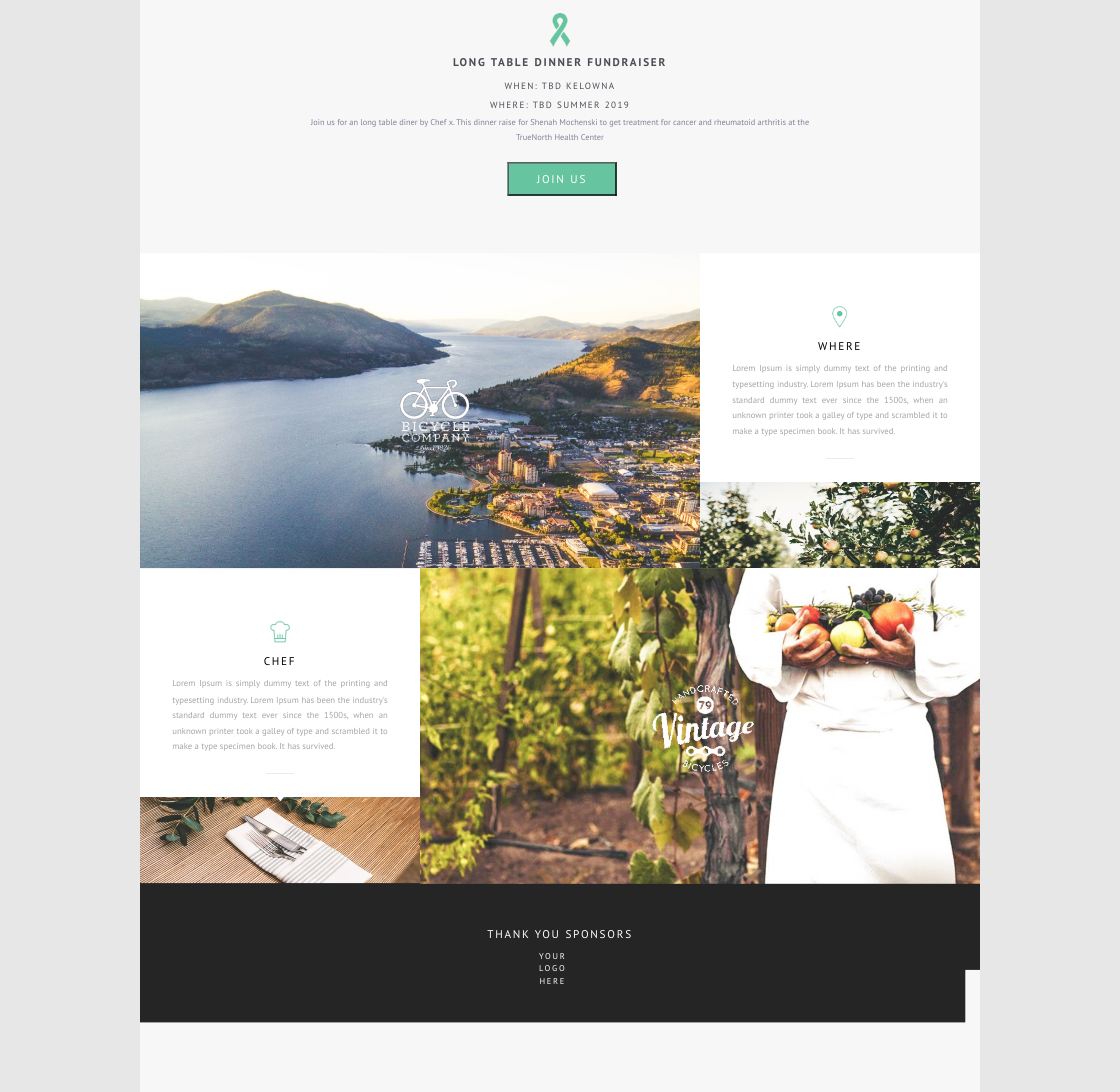
Repository: vancodes/longtable
Page: index.html
The author's editor kept a copy of each file at every save. The page is drawn from the files as they stood at one save, then again after the next save.
The browser window is 1280 px wide. The page is 1600 px wide, so the pictures cover 1600 px, including what lies to the right of the window. The pictures show the part of the page from y = 812 to 2372 px (the page is 2372 px tall before and 2295 px after), at 70% of full size.

Above is the page before, as saved 2019-04-08 16:33:04.

### index.html
<!DOCTYPE html>
<html>

<head>
  <meta charset="utf-8">
  <link href="index.css" type="text/css" rel="stylesheet">
  <title>Long table</title>
</head>

<body>
  <div class="wrapper">
    <!--Intro Section-->
    <div class="topbar">
      <h1>
      <ul>
        <li><a href="#">About Us</a></li>
    	   <p>.</p>
        <li><a href="#">Info</a></li>
        <li><a href="#"><img src="assets\logo.png" alt="logo"></a></li>
        <li><a href="https://www.gofundme.com/breast-lung-and-melanoma-cancer">Donate</a></li>
    	   <p>.</p>
        <li><a href="#">Contact</a></li>
      </ul>
    </h1>
    </div>
    <div class="hero">
      <img src="assets/cover.jpg" alt="">
    </div>
    <!--Navigation Section-->
    <div class="main" align="center">
      <div class="first">
        <img src="assets\breast-cancer-icon.png" alt="bike chain">
        <h2>Long table dinner fundraiser</h2>
        <h4>When: TBD Kelowna</h4>
        <h4>Where: TBD Summer 2019</h4>
        <p>Join us for an long table diner by Chef x. This dinner raise for Shenah Mochenski to get treatment for cancer and rheumatoid arthritis at the TrueNorth Health Center</p>
        <div class="email-container">
            <button>Join us</button>
          </div>
      </div>
      <!--Image Section-->
      <div class="bike-images">
        <div class="first-container">
          <div class="first-left">
            <div id="bike-logo">
              <img src="assets/bike.png" alt="bike logo">
            </div>
            <div id="logo">
              <img src="assets/bicycle-company-logo.png" alt="company logo">
            </div>
            <div id="vintage-left">
              <img src="assets\bike-1.jpg" alt="bike handle">
            </div>
          </div>
          <div class="first-right">
            <div class="location">
              <img src="assets\location-icon.png" alt="frame icon">
            </div>
            <div id="vintage-text">
              <h3>WHERE</h3>
              <p>Lorem Ipsum is simply dummy text of the printing and typesetting industry. Lorem Ipsum has been the industry's standard dummy text ever since the 1500s, when an unknown printer took a galley of type and scrambled it to make a type specimen
                book. It has survived.</p>
            </div>
            <div class="divider-line"></div>
            <div id="first-vintage-seat">
              <img img src="assets\seat.jpg" alt="bike seat">
            </div>
            <div class="arrow-down"></div>
          </div>
        </div>
        <div class="second-container">
          <div class="second-left">
            <div class="chef">
              <img src="assets\chef-icon.png" alt="chef icon">
            </div>
            <div id="vintage-text">
              <h3>CHEF</h3>
              <p>Lorem Ipsum is simply dummy text of the printing and typesetting industry. Lorem Ipsum has been the industry's standard dummy text ever since the 1500s, when an unknown printer took a galley of type and scrambled it to make a type specimen
                book. It has survived.</p>
            </div>
            <div class="divider-line"></div>
            <div id="second-chef">
              <img src="assets\chef-2.jpg" alt="vintage bike seat">
            </div>
            <div class="arrow-down"></div>
          </div>
          <div class="second-right">
            <div id="vintage-logo">
              <img src="assets\vintage-logo.png" alt="vintage bike logo">
            </div>
            <div id="chef">
              <img src="assets\chef.jpg" alt="chef">
            </div>
          </div>
        </div>
      </div>
        <!--<div class="retro-container">
          <div class="retro-left">
            <div id="retro-logo">
              <img src="assets/bicycle-logo.png" alt="Since 1962 logo">
            </div>
            <div id="retro-bike">
              <img src="assets\bike-rail.jpg" alt="bike rail">
            </div>
          </div>
          <div class="retro-middle">
            <div class="steering">
              <img src="assets\steering-icon.png" alt="steering icon">
            </div>
            <div id="vintage-text">
              <h3>Retro Bike - M. Hulot</h3>
              <p>Lorem Ipsum is simply dummy text of the printing and typesetting industry. Lorem Ipsum has been the industry's standard dummy text ever since the 1500s, when an unknown printer took a galley of type and scrambled it to make a type specimen
                book. It has survived.</p>
            </div>
            <div class="divider-line"></div>
            <div class="arrow-down"></div>
            <div id="retro-rail">
              <img src="assets\mavic.jpg" alt="vintage bike seat">
            </div>
          </div>
          <div class="retro-right">
            <div id="retro-bike-right">
              <img src="assets\bike-2.jpg" alt="retro bike">
            </div>
          </div>
        </div>
      </div>-->
      <!--Social Section-->
      <!--<div class="main" align="center">
        <div class="last">
          <img src="assets\twitter-icon.png" alt="Twitter icon"><br>
          <span>AOD New York @aod</span>
          <span class="twitter-time"> / 35 min</span >
            <p>Lorem ipsum dolor sit amet, consectetur adipiscing elit. Sed ut tellus ac nulla semper rhoncus. Nullam a odio porttitor, dictum turpis vitae, pretium ante amet.</p>
          </div>
      </div>-->
<!--slider-->
    <!--<div class="slider">
      <span class="dotfirst"></span>
          <span class="dot"></span>
          <span class="dot"></span>
        </div>-->
        <!--Photo Collage-->
        <!--
        <div class="bottom-container">
          <div class="bottom-left">
            <div id="image-one">
              <img src="assets\bottom-image-1.jpg" alt="">
            </div>
            <div id="image-one">
              <img src="assets\bottom-image-2.jpg" alt="">
            </div>
            <div id="brooks-seat">
              <img src="assets\brooks-seat.png" alt="">
            </div>
          </div>
          <div class="bottom-middle">
            <div id="image-three">
              <img src="assets\bottom-image-3.jpg" alt="">
            </div>
            <div id="image-three">
              <img src="assets\bottom-image-4.jpg" alt="">
            </div>
          </div>
          <div class="bottom-right">
            <div id="bottom-bike-logo">
              <img src="assets/bike.png" alt="bike logo">
            </div>
            <div class="bottom-text">
              <p>shop now</p>
            </div>
            <div id="image-five">
              <img src="assets\bottom-image-5.jpg" alt="">
            </div>
            <div id="image-five">
              <img src="assets\bottom-image-6.jpg" alt="">
            </div>
          </div>
        </div> -->
        <div class="discover-container">
          <div class="discover-text">
            <button>Thank You Sponsors</button>
            <div class="sponsor-logo">
                <p>YOUR</p>
                <p>LOGO</p>
                <p>HERE</p>
            </div>
          </div>
       </div>
        <div class="footer-container">

        </div>
      <!--end-->
    </div>
</body>
</html>

### index.css
/* http://meyerweb.com/eric/tools/css/reset/
   v2.0 | 20110126
   License: none (public domain)
*/

html, body, div, span, applet, object, iframe, h1, h2, h3, h4, h5, h6, p, blockquote, pre, a, abbr, acronym, address, big, cite, code, del, dfn, em, img, ins, kbd, q, s, samp, small, strike, strong, sub, sup, tt, var, b, u, i, center, dl, dt, dd, ol, ul, li, fieldset, form, label, legend, table, caption, tbody, tfoot, thead, tr, th, td, article, aside, canvas, details, embed, figure, figcaption, footer, header, hgroup, menu, nav, output, ruby, section, summary, time, mark, audio, video {
  margin: 0;
  padding: 0;
  border: 0;
  font-size: 100%;
  font: inherit;
  vertical-align: baseline;
}

/* HTML5 display-role reset for older browsers */

article, aside, details, figcaption, figure, footer, header, hgroup, menu, nav, section {
  display: block;
}

body {
  line-height: 1;
}

ol, ul {
  list-style: none;
}

blockquote, q {
  quotes: none;
}

blockquote:before, blockquote:after, q:before, q:after {
  content: '';
  content: none;
}

table {
  border-collapse: collapse;
  border-spacing: 0;
}

/*  fonts */

@font-face {
  font-family: PtSansWebBold;
  src: url(font/pt_sans-web-bold.ttf);
}

@font-face {
  font-family: PtSansWebBoldItalic;
  src: url(font/pt_sans-web-bolditalic.ttf);
}

@font-face {
  font-family: PtSansWebItalic;
  src: url(font/pt_sans-web-italic.ttf);
}

@font-face {
  font-family: PtSansWebRegular;
  src: url(font/pt_sans-web-regular.ttf);
}

body {
  font-family: PtSansWebRegular;
}

h1 {
  font-family: PtSansWebBold;
  font-size: 12px;
  text-transform: uppercase;
  letter-spacing: 2px;
}

h2 {
  font-family: PtSansWebBold;
  letter-spacing: 2.5px;
  text-transform: uppercase;
  text-align: center;
  line-height: 2.5em;
}

h3 {
  font-family: PtSansWebBold;
  letter-spacing: 2.5px;
  text-transform: uppercase;
  text-align: center;
  font-size: 12px;
  line-height: 2.5em;
}

h3 {
  font-family: PtSansWebRegular;
  letter-spacing: 2.5px;
  text-transform: uppercase;
  text-align: center;
  line-height: 2.5em;
  font-size: 16px;
}

h4 {
  font-family: PtSansWebRegular;
  font-size: 13px;
  text-transform: uppercase;
  letter-spacing: 2px;
  line-height: 2.1em;
}


p {
  font-family: PtSansWebRegular;
  font-size: 12px;
  color: #838199;
  text-align: center;
  line-height: 1.8em;
}

.bike-images p {
  font-family: PtSansWebRegular;
  font-size: 12.5px;
  color: #a5a5a5;
  text-align: justify;
  line-height: 1.8em;
}

.last span {
  font-family: PtSansWebBold;
  display: inline;
  font-size: 12px;
  text-align: center;
  line-height: 2.8em;
  letter-spacing: 1.5px;
}

.last .twitter-time {
  font-family: PtSansWebRegular;
  font-size: 12px;
  text-align: center;
  letter-spacing: 1.5px;
  color: #b2b1bd;
  padding-left: 6px;
}

.last p {
  font-family: PtSansWebItalic;
  font-size: 14px;
  color: #838199;
  text-align: center;
  line-height: 1.8em;
  padding: 0 55px;
}

.bottom-text p {
  font-family: PtSansWebRegular;
  letter-spacing: 2.5px;
  text-transform: uppercase;
  text-align: center;
  line-height: 2.5em;
  font-size: 12px;
  color: #fff;
}

.saddle-text p {
  font-family: PtSansWebItalic;
  font-size: 16px;
  text-align: center;
  letter-spacing: 0.5px;
  color: #838199;
  padding-left: 6px;
  margin-bottom: 20px;
}

/*  wrapper */

.wrapper {
  padding: 0 200px;
  width: 1200px;
  margin: 0 auto;
  background-color: #e8e7e7;
}

/* intro section */

.hero img {
  width: 100%;
}

.topbar {
  position: absolute;
  padding: 0px 317px;
  margin-top: 23px;
}

.topbar ul {
  width: 590px;
  margin: 0 auto;
}

.topbar li {
  display: inline-block;
  padding: 0 20px;
  float: left;
  position: relative;
  top: 52px;
  transform: translateY(-50%);
}

.topbar li a {
  text-decoration: none;
  color: #4D4B56;
}

.topbar li a img {
  width: 75px;
}

.hero img {
  vertical-align: bottom;
  width: 100%;
  padding-top: 150px;
  background-color: #F7F7F7
}

.topbar li a:hover {
  text-decoration: none;
  color: #ff000069;
}

.topbar p {
  padding: 0 20px;
  float: left;
  position: relative;
  top: 52px;
  transform: translateY(-50%);
  font-family: PtSansWebBold;
}

/* navigation section */

.main {
  background-color: #F7F7F7
}

.first {
  color: #4D4B56;
  padding: 80px 150px 80px 150px;
  max-width: 736px;
}

.first img {
  padding: 0px 46px;
}

/* bike images */

img {
  padding: 0;
  margin: 0;
}

.bike-images {
  background-color: #FFFF;
  position: relative;
}

.first-container {
  vertical-align: bottom;
  display: table;
}

.first-left {
  width: 800px;
  display: table-cell;
  vertical-align: bottom;
}

.first-right {
  display: table-cell;
  vertical-align: bottom;
  width: 400px;
}

#first-vintage-seat img {
  width: 400px;
  height: 123px;
  float: left;
}

#bike-logo img {
  width: 100px;
  position: absolute;
  margin-top: 179px;
  transform: translatex(-29%);
}

#logo img {
  width: 100px;
  position: absolute;
  margin-top: 240px;
  transform: translateX(-26%);
}

#vintage-left img {
  float: left;
  margin: auto;
  width: 800px;
}

.location img {
  width: 30px;
  margin-bottom: 5px;
}

#vintage-text {
  height: 162px;
  margin-bottom: 18px;
  overflow: hidden;
}

#vintage-text p {
  padding: 0px 46px;
}

.divider-line {
  height: 1px;
  background-color: #e2e2e2;
  margin: 0px 180px 33px;
}

.arrow-down {
  width: 0px;
  height: 0px;
  border-left: 5px solid transparent;
  border-right: 5px solid transparent;
  border-top: 6px solid #FFFF;
  position: absolute;
  transform: translateX(1955%);
}

.second-container {
  vertical-align: bottom;
  display: table;
}

#second-chef img {
  width: 400px;
  height: 123px;
  float: left;
  margin-bottom: -1.6px;
}

.second-left {
  width: 333px;
  display: table-cell;
  vertical-align: bottom;
}

.chef img {
  width: 30px;
  margin-bottom: 5px;
}

#chef img {
  float: right;
  width: 800px;
  vertical-align: bottom;
  margin-bottom: -2px;
}

.second-right {
  display: table-cell;
  vertical-align: bottom;
  width: 656px;
}

#vintage-logo img {
  width: 145px;
  position: absolute;
  margin-top: 167px;
  transform: translateX(-47%);
}

.retro-container {
  vertical-align: bottom;
  display: table;
}

.retro-left {
  display: table-cell;
  vertical-align: bottom;
  width: 333px;
}

.retro-middle {
  width: 400px;
  display: table-cell;
  vertical-align: bottom;
}

.retro-right {
  display: table-cell;
  vertical-align: bottom;
  width: 400px;
}

#retro-logo img {
  width: 160px;
  position: absolute;
  margin-top: 197px;
  transform: translateX(-50%);
}

#retro-bike img {
  float: right;
  width: 400px;
  vertical-align: bottom;
}

#retro-bike-right img {
  float: right;
  width: 400px;
  vertical-align: bottom;
}

.steering img {
  height: 30px;
  margin-bottom: 5px;
}

#retro-rail img {
  width: 400px;
  height: 123px;
  vertical-align: bottom;
}

.bottom-container {
  vertical-align: bottom;
  display: table;
  margin-top: 14px;
}

.bottom-left {
  display: table-cell;
  vertical-align: bottom;
  width: 400px;
}

.bottom-middle {
  display: table-cell;
  vertical-align: bottom;
  width: 400px;
}

.bottom-right {
  display: table-cell;
  vertical-align: bottom;
  width: 400px;
}

#image-one img {
  float: left;
  width: 200px;
  vertical-align: bottom;
  max-height: 199px;
}

#brooks-seat img {
  float: left;
  width: 400px;
  vertical-align: bottom;
}

#image-three img {
  float: left;
  width: 200px;
  vertical-align: bottom;
}

#image-five img {
  float: left;
  width: 400px;
  vertical-align: bottom;
  margin-top: -1px;
}

#bottom-bike-logo img {
  width: 50px;
  position: absolute;
  margin-top: 79px;
  transform: translatex(-57%);
}

.bottom-text {
  position: absolute;
  padding: 0px -4px;
  margin-top: 108px;
  width: 400px;
}

/* twitter-last section */

.last {
  padding: 80px 150px 50px 150px;
  max-width: 736px;
}

.last img {
  width: 25px;
  padding-bottom: 15px;
}

.noBorder {
  border: 0;
}

/* slider */

.dotfirst {
  width: 0.50rem;
  height: 0.50rem;
  background-color: #ADB2B6;
  border-radius: 50%;
  display: inline-block;
}

.dot {
  width: 0.40rem;
  height: 0.40rem;
  border-radius: #ADB2B6;
  background-color: #FFF;
  border-radius: 50%;
  border: 1px solid #ADB2B6;
  display: inline-block;
  -moz-border-radius: 50%;
  -webkit-border-radius: 50
}

.slider {
  color: #4D4B56;
  padding: 0px 0px 30px 0px;
  max-width: 736px;
}

/* last section */

.discover-container {
  background-color: #252525;
  height: 75px;
  padding-top: 50px;
}

.discover-text button {
  border: none;
  padding: 3px 30px;
  margin: 0 450px;
  font-family: PtSansWebRegular;
  letter-spacing: 2.5px;
  text-transform: uppercase;
  text-align: center;
  line-height: 2.5em;
  font-size: 16px;
  color: #fff;
  background-color: #252525;
}

.sponsor-topbar {
  position: absolute;
  padding: 0px 317px;
  margin-top: 23px;
  background-color: #252525;
}

.sponsor-logo {
  position: absolute;
  background-color: #252525;
  padding: 0px 80px 50px 80px;
}

.sponsor-logo p {
  border: none;
  padding: 3px 40px;
  margin: 0 450px;
  font-family: PtSansWebRegular;
  letter-spacing: 2.5px;
  text-transform: uppercase;
  text-align: center;
  line-height: 1em;
  font-size: 12px;
  color: #fff;
  background-color: #252525;
}

.discover-text button {
  border: none;
  padding: 3px 30px;
  margin: 0 450px;
  font-family: PtSansWebRegular;
  letter-spacing: 2.5px;
  text-transform: uppercase;
  text-align: center;
  line-height: 2.5em;
  font-size: 16px;
  color: #fff;
  background-color: #252525;
}

.email-container {
  background-color: #f7f7f7;
  padding: 25px 150px 50px 0px;
}

.email-container img {
  width: 65px;
  padding: 10px 420px;
}

input {
  border: 1px solid #e8e7e7;
  padding: 5px 30px;
  margin: 3px 255px;
  position: absolute;
  padding: 9px 109px 9px 20px;
  font-family: PtSansWebItalic;
  font-size: 14px;
  color: #e8e7e7;
  text-align: center;
  line-height: 1.8em;
  text-align: left;
}

.email-container button {
  margin: 0px;
  position: absolute;
  background-color: #66c4a1;
  padding: 2px 40px;
  font-family: PtSansWebRegular;
  letter-spacing: 2.5px;
  text-transform: uppercase;
  text-align: center;
  line-height: 2.5em;
  font-size: 16px;
  color: #fff;
}

.email-container button:hover {
  background-color: #fff;
  color: #66c4a1;
  box-shadow: none;
  transform: none;
  transition: 0.1s ease-in-out;
}

.footer-container {
  background-color: #f7f7f7;
  height: 75px;
  padding: 50px 150px;
  display: table
}

.footer-left {
  display: table-cell;
  width: 400px;
  text-align: left;
}

.footer-left span {
  font-size: 10px;
  color: #838199;
  font-weight: bold;
}

.footer-text p {
  font-family: PtSansWebItalic;
  font-size: 9px;
  color: #838199;
  line-height: 1.4em;
  text-align: left;
}

.footer-middle {
  display: table-cell;
  width: 400px;
  transform: translateX(33%);
  vertical-align: middle;
}

.footer-middle img {
  width: 20px;
}

.footer-right {
  width: 400px;
}

.footer-right-text p {
  font-family: PtSansWebItalic;
  font-size: 9px;
  color: #838199;
  line-height: 1.4em;
  margin-top: 23px;
  width: 60px;
  transform: translateX(95%);
}

.footer-right img {
  width: 30px;
  transform: translateX(300%);
  padding-top: 0px;
  margin-top: -16px;
  position: absolute;
}

After the next save:
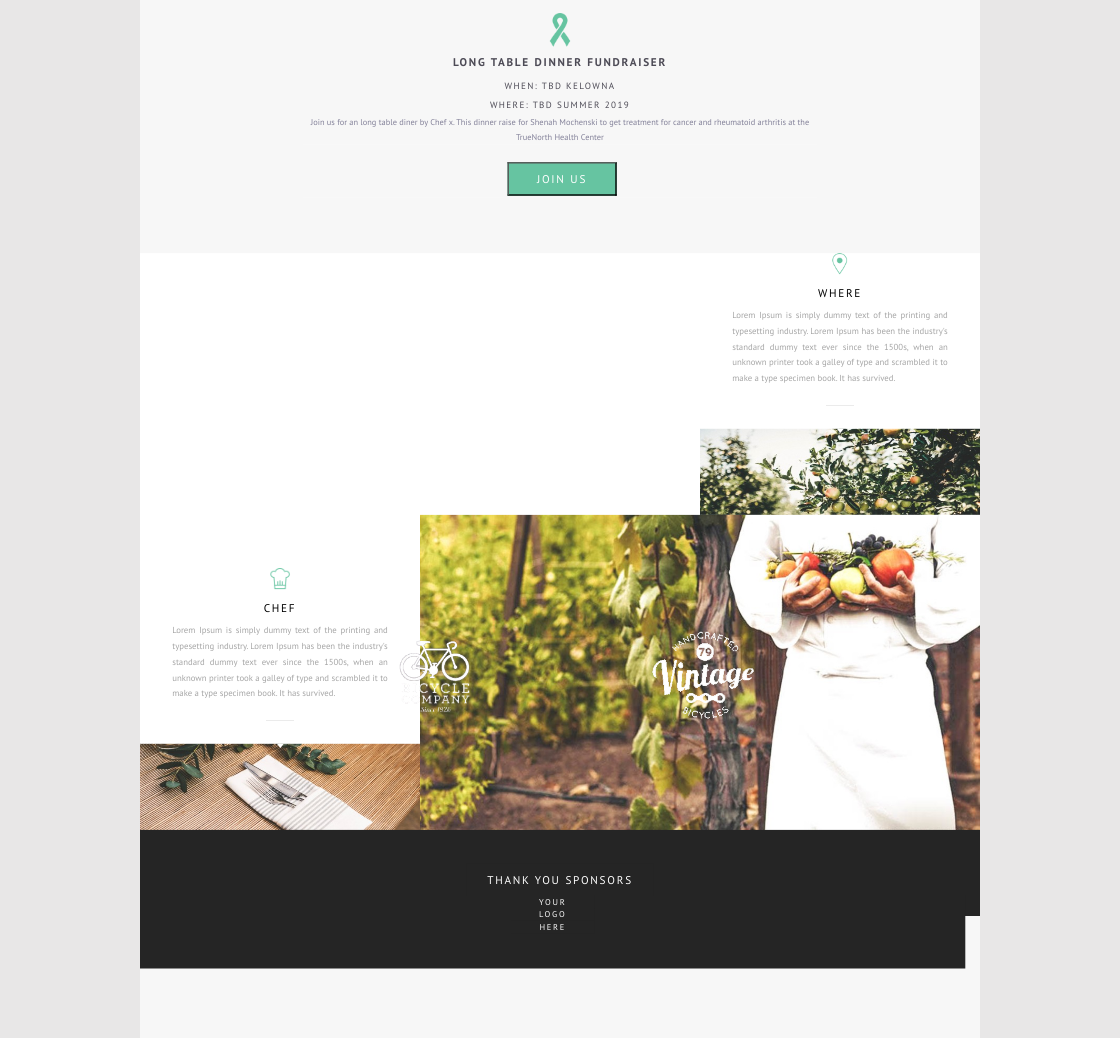
Saved 17 s later.
--- a/index.html
+++ b/index.html
@@ -49,7 +49,7 @@
               <img src="assets/bicycle-company-logo.png" alt="company logo">
             </div>
             <div id="vintage-left">
-              <img src="assets\bike-1.jpg" alt="bike handle">
+              <!--<img src="assets\bike-1.jpg" alt="bike handle">-->
             </div>
           </div>
           <div class="first-right">

After the save that followed:
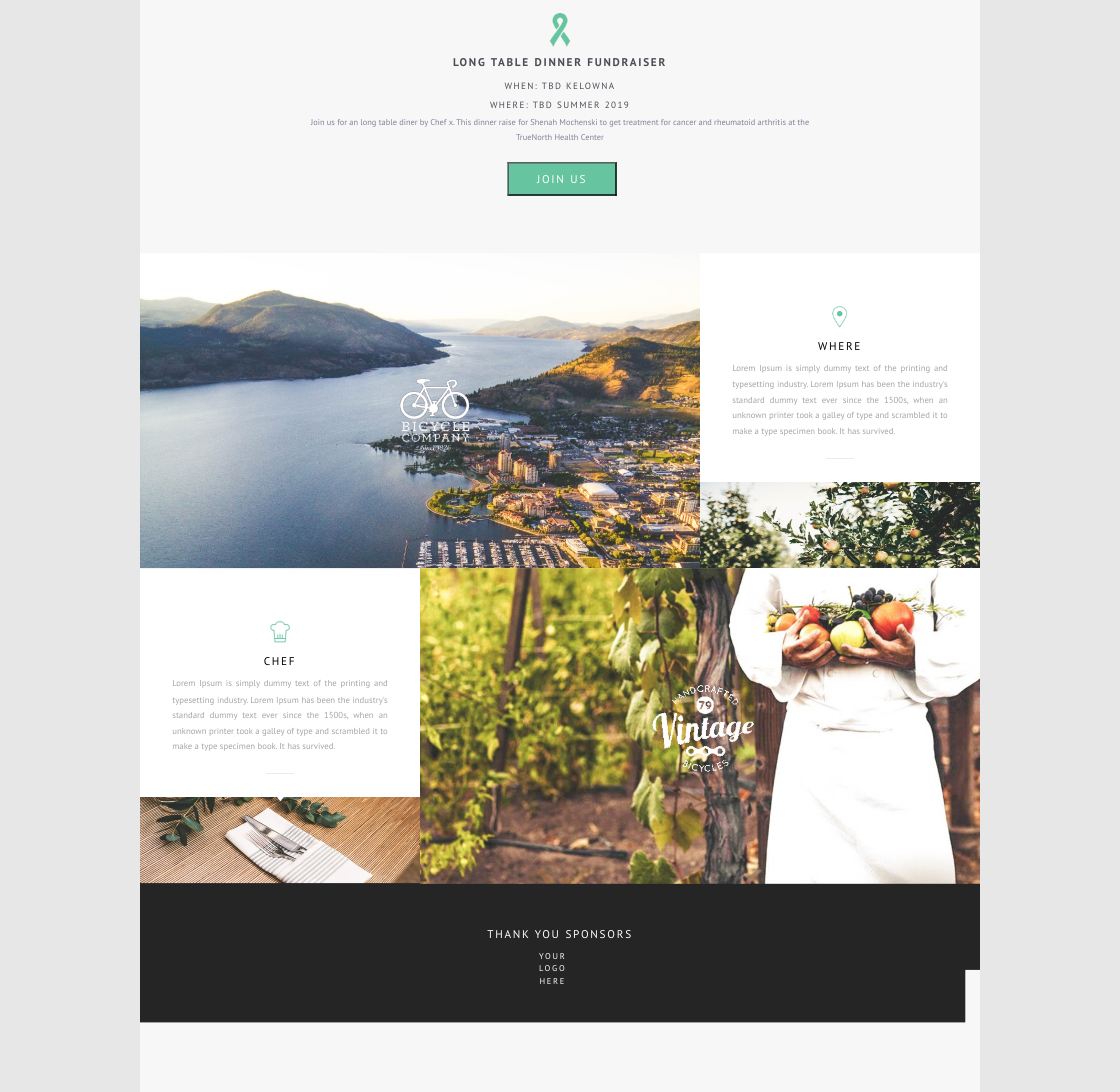
Saved 11 s later.
--- a/index.html
+++ b/index.html
@@ -49,7 +49,7 @@
               <img src="assets/bicycle-company-logo.png" alt="company logo">
             </div>
             <div id="vintage-left">
-              <!--<img src="assets\bike-1.jpg" alt="bike handle">-->
+              <img src="assets\bike-1.jpg" alt="bike handle">
             </div>
           </div>
           <div class="first-right">
